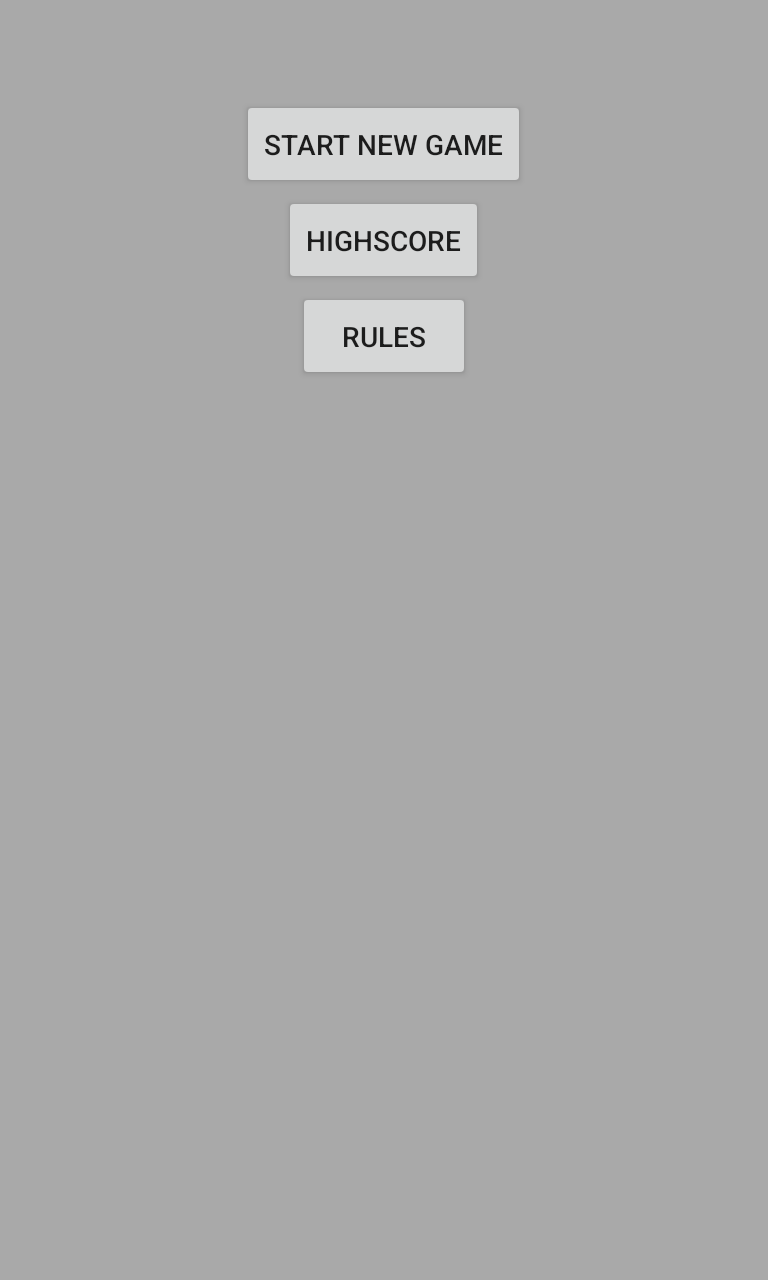
Repository: Hannanina/GuessTag
Layout: GuessTag/res/layout/activity_start.xml
The author's editor kept a copy of each file at every save. The layout is drawn from the files as they stood at one save, then again after the next save.
Pictures or frames that could not be fetched are drawn as grey boxes. It is drawn on a 768 x 1280 px phone screen (xhdpi) without system bars, with theme AppTheme; the app's code is not run.

Above is the layout before, as saved 2014-12-05 13:29:43.

### GuessTag/res/layout/activity_start.xml
<?xml version="1.0" encoding="utf-8"?>
<LinearLayout xmlns:android="http://schemas.android.com/apk/res/android"
    android:layout_width="match_parent"
    android:layout_height="match_parent"
    android:background="@color/DarkGray"
    android:orientation="vertical" >

    <TextView
        android:id="@+id/start_heading"
        android:paddingTop="50dp"
        android:layout_width="wrap_content"
	    android:layout_height="48dp"
	    android:layout_gravity="center"
	    android:text="@string/start_heading">
    </TextView>

	<Button
	    android:id="@+id/button_start"
	    android:layout_width="wrap_content"
	    android:layout_height="48dp"
	    android:layout_gravity="center"
	    android:text="@string/button_start">
	</Button>

	<Button
	    android:id="@+id/button_highscore"
	    android:layout_width="wrap_content"
	    android:layout_height="48dp"
	    android:layout_gravity="center"
	    android:text="@string/button_highscore">
	</Button>

	<Button
	    android:id="@+id/button_rules"
	    android:layout_width="wrap_content"
	    android:layout_height="48dp"
	    android:layout_gravity="center"
	    android:text="@string/button_rules">
	</Button>

</LinearLayout>

### GuessTag/res/values/colors.xml
<?xml version="1.0" encoding="utf-8"?>
<resources>
 <color name="white">#FFFFFF</color>
 <color name="yellow">#FFFF00</color>
 <color name="fuchsia">#FF00FF</color>
 <color name="red">#FF0000</color>
 <color name="silver">#C0C0C0</color>
 <color name="gray">#808080</color>
 <color name="olive">#808000</color>
 <color name="purple">#800080</color>
 <color name="maroon">#800000</color>
 <color name="aqua">#00FFFF</color>
 <color name="lime">#00FF00</color>
 <color name="teal">#008080</color>
 <color name="green">#008000</color>
 <color name="blue">#0000FF</color>
 <color name="navy">#000080</color>
 <color name="black">#000000</color>


 <color name="White">#FFFFFF</color>
 <color name="Ivory">#FFFFF0</color>
 <color name="LightYellow">#FFFFE0</color>
 <color name="Yellow">#FFFF00</color>
 <color name="Snow">#FFFAFA</color>
 <color name="FloralWhite">#FFFAF0</color>
 <color name="LemonChiffon">#FFFACD</color>
 <color name="Cornsilk">#FFF8DC</color>
 <color name="Seashell">#FFF5EE</color>
 <color name="LavenderBlush">#FFF0F5</color>
 <color name="PapayaWhip">#FFEFD5</color>
 <color name="BlanchedAlmond">#FFEBCD</color>
 <color name="MistyRose">#FFE4E1</color>
 <color name="Bisque">#FFE4C4</color>
 <color name="Moccasin">#FFE4B5</color>
 <color name="NavajoWhite">#FFDEAD</color>
 <color name="PeachPuff">#FFDAB9</color>
 <color name="Gold">#FFD700</color>
 <color name="Pink">#FFC0CB</color>
 <color name="LightPink">#FFB6C1</color>
 <color name="Orange">#FFA500</color>
 <color name="LightSalmon">#FFA07A</color>
 <color name="DarkOrange">#FF8C00</color>
 <color name="Coral">#FF7F50</color>
 <color name="HotPink">#FF69B4</color>
 <color name="Tomato">#FF6347</color>
 <color name="OrangeRed">#FF4500</color>
 <color name="DeepPink">#FF1493</color>
 <color name="Fuchsia">#FF00FF</color>
 <color name="Magenta">#FF00FF</color>
 <color name="Red">#FF0000</color>
 <color name="OldLace">#FDF5E6</color>
 <color name="LightGoldenrodYellow">#FAFAD2</color>
 <color name="Linen">#FAF0E6</color>
 <color name="AntiqueWhite">#FAEBD7</color>
 <color name="Salmon">#FA8072</color>
 <color name="GhostWhite">#F8F8FF</color>
 <color name="MintCream">#F5FFFA</color>
 <color name="WhiteSmoke">#F5F5F5</color>
 <color name="Beige">#F5F5DC</color>
 <color name="Wheat">#F5DEB3</color>
 <color name="SandyBrown">#F4A460</color>
 <color name="Azure">#F0FFFF</color>
 <color name="Honeydew">#F0FFF0</color>
 <color name="AliceBlue">#F0F8FF</color>
 <color name="Khaki">#F0E68C</color>
 <color name="LightCoral">#F08080</color>
 <color name="PaleGoldenrod">#EEE8AA</color>
 <color name="Violet">#EE82EE</color>
 <color name="DarkSalmon">#E9967A</color>
 <color name="Lavender">#E6E6FA</color>
 <color name="LightCyan">#E0FFFF</color>
 <color name="BurlyWood">#DEB887</color>
 <color name="Plum">#DDA0DD</color>
 <color name="Gainsboro">#DCDCDC</color>
 <color name="Crimson">#DC143C</color>
 <color name="PaleVioletRed">#DB7093</color>
 <color name="Goldenrod">#DAA520</color>
 <color name="Orchid">#DA70D6</color>
 <color name="Thistle">#D8BFD8</color>
 <color name="LightGrey">#D3D3D3</color>
 <color name="Tan">#D2B48C</color>
 <color name="Chocolate">#D2691E</color>
 <color name="Peru">#CD853F</color>
 <color name="IndianRed">#CD5C5C</color>
 <color name="MediumVioletRed">#C71585</color>
 <color name="Silver">#C0C0C0</color>
 <color name="DarkKhaki">#BDB76B</color>
 <color name="RosyBrown">#BC8F8F</color>
 <color name="MediumOrchid">#BA55D3</color>
 <color name="DarkGoldenrod">#B8860B</color>
 <color name="FireBrick">#B22222</color>
 <color name="PowderBlue">#B0E0E6</color>
 <color name="LightSteelBlue">#B0C4DE</color>
 <color name="PaleTurquoise">#AFEEEE</color>
 <color name="GreenYellow">#ADFF2F</color>
 <color name="LightBlue">#ADD8E6</color>
 <color name="DarkGray">#A9A9A9</color>
 <color name="Brown">#A52A2A</color>
 <color name="Sienna">#A0522D</color>
 <color name="YellowGreen">#9ACD32</color>
 <color name="DarkOrchid">#9932CC</color>
 <color name="PaleGreen">#98FB98</color>
 <color name="DarkViolet">#9400D3</color>
 <color name="MediumPurple">#9370DB</color>
 <color name="LightGreen">#90EE90</color>
 <color name="DarkSeaGreen">#8FBC8F</color>
 <color name="SaddleBrown">#8B4513</color>
 <color name="DarkMagenta">#8B008B</color>
 <color name="DarkRed">#8B0000</color>
 <color name="BlueViolet">#8A2BE2</color>
 <color name="LightSkyBlue">#87CEFA</color>
 <color name="SkyBlue">#87CEEB</color>
 <color name="Gray">#808080</color>
 <color name="Olive">#808000</color>
 <color name="Purple">#800080</color>
 <color name="Maroon">#800000</color>
 <color name="Aquamarine">#7FFFD4</color>
 <color name="Chartreuse">#7FFF00</color>
 <color name="LawnGreen">#7CFC00</color>
 <color name="MediumSlateBlue">#7B68EE</color>
 <color name="LightSlateGray">#778899</color>
 <color name="SlateGray">#708090</color>
 <color name="OliveDrab">#6B8E23</color>
 <color name="SlateBlue">#6A5ACD</color>
 <color name="DimGray">#696969</color>
 <color name="MediumAquamarine">#66CDAA</color>
 <color name="CornflowerBlue">#6495ED</color>
 <color name="CadetBlue">#5F9EA0</color>
 <color name="DarkOliveGreen">#556B2F</color>
 <color name="Indigo">#4B0082</color>
 <color name="MediumTurquoise">#48D1CC</color>
 <color name="DarkSlateBlue">#483D8B</color>
 <color name="SteelBlue">#4682B4</color>
 <color name="RoyalBlue">#4169E1</color>
 <color name="Turquoise">#40E0D0</color>
 <color name="MediumSeaGreen">#3CB371</color>
 <color name="LimeGreen">#32CD32</color>
 <color name="DarkSlateGray">#2F4F4F</color>
 <color name="SeaGreen">#2E8B57</color>
 <color name="ForestGreen">#228B22</color>
 <color name="LightSeaGreen">#20B2AA</color>
 <color name="DodgerBlue">#1E90FF</color>
 <color name="MidnightBlue">#191970</color>
 <color name="Aqua">#00FFFF</color>
 <color name="Cyan">#00FFFF</color>
 <color name="SpringGreen">#00FF7F</color>
 <color name="Lime">#00FF00</color>
 <color name="MediumSpringGreen">#00FA9A</color>
 <color name="DarkTurquoise">#00CED1</color>
 <color name="DeepSkyBlue">#00BFFF</color>
 <color name="DarkCyan">#008B8B</color>
 <color name="Teal">#008080</color>
 <color name="Green">#008000</color>
 <color name="DarkGreen">#006400</color>
 <color name="Blue">#0000FF</color>
 <color name="MediumBlue">#0000CD</color>
 <color name="DarkBlue">#00008B</color>
 <color name="Navy">#000080</color>
 <color name="Black">#000000</color>
</resources>

### GuessTag/res/values/strings.xml
<?xml version="1.0" encoding="utf-8"?>
<resources>


    <string name="app_name">GuessTag</string>
    <string name="hello_world">Hello world!</string>
    <string name="action_settings">Settings</string>

    <!-- START ACTIVITY -->
    <string name="start_heading">guess#</string>
    <string name="button_start">Start new game</string>
    <string name="button_highscore">Highscore</string>
    <string name="button_rules">Rules</string>



</resources>

Loaded but not shown: GuessTag/res/values/styles.xml (common file); GuessTag/res/values-v11/styles.xml (common file); GuessTag/res/values-v14/styles.xml (common file)

After the next save:
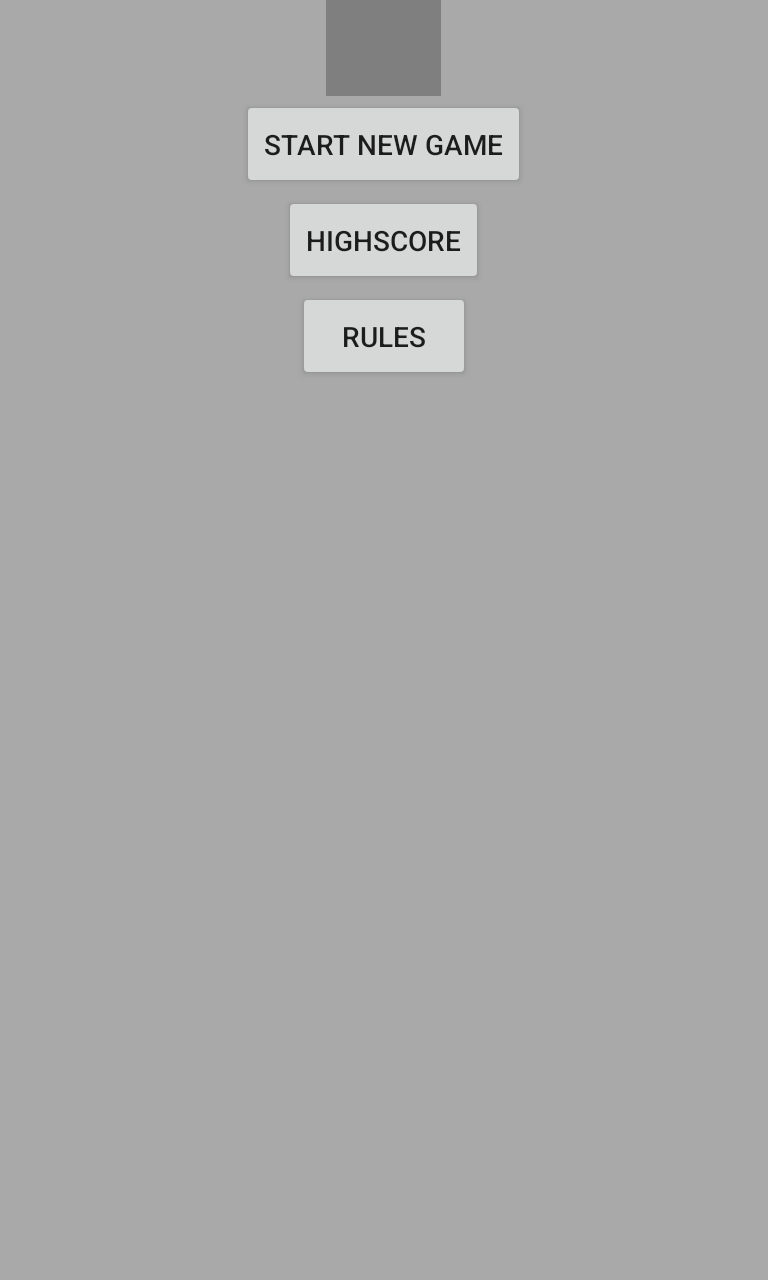
Saved 54 s later.
--- a/GuessTag/res/layout/activity_start.xml
+++ b/GuessTag/res/layout/activity_start.xml
@@ -11,7 +11,8 @@
         android:layout_width="wrap_content"
 	    android:layout_height="48dp"
 	    android:layout_gravity="center"
-	    android:text="@string/start_heading">
+	    android:text="@string/start_heading"
+	    android:textColor="@color/">
     </TextView>
 
 	<Button

After the save that followed:
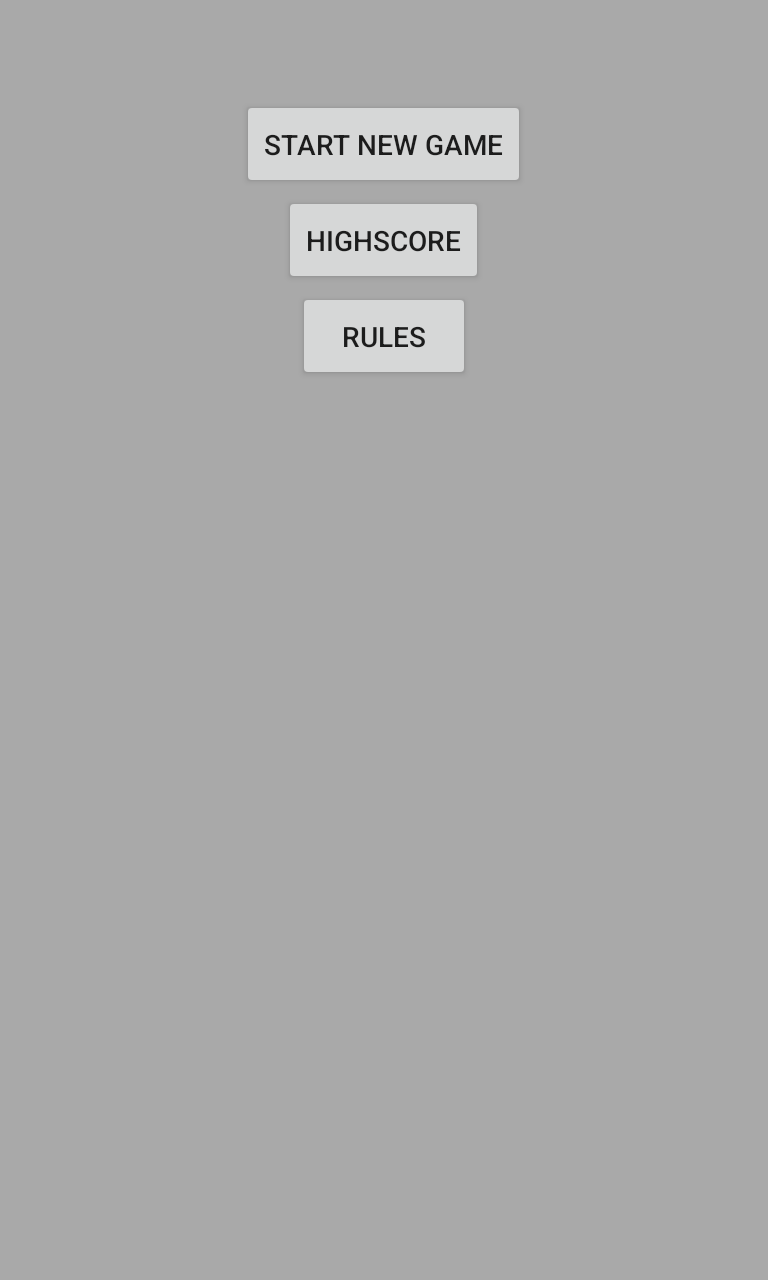
Saved 15 s later.
--- a/GuessTag/res/layout/activity_start.xml
+++ b/GuessTag/res/layout/activity_start.xml
@@ -12,7 +12,7 @@
 	    android:layout_height="48dp"
 	    android:layout_gravity="center"
 	    android:text="@string/start_heading"
-	    android:textColor="@color/">
+	    android:textColor="@color/White">
     </TextView>
 
 	<Button
